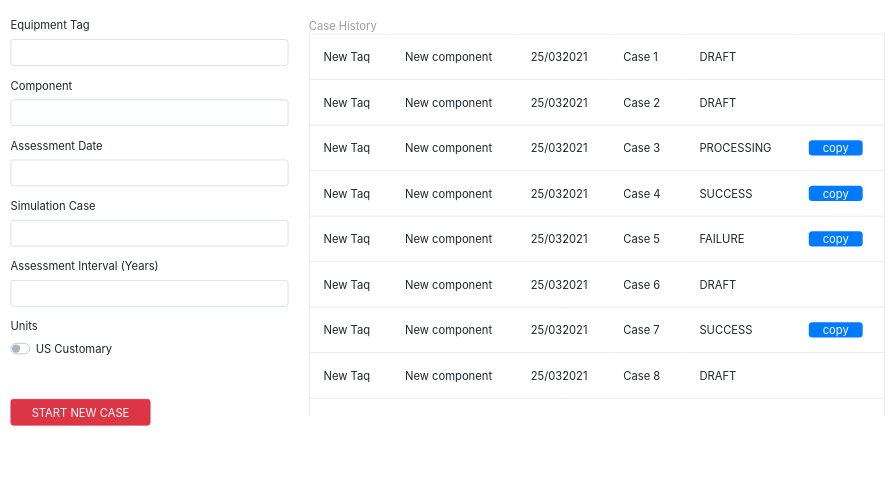
Repository: arif286/dashboard
Page: /
An editor plug-in stored every save of this project. The page is shown before and after the next save, followed by the edit.
The browser window is 1280 px wide. The pictures show the part of the page from y = 0 to 1920 px (the page is 720 px tall before and 5874 px after), at 70% of full size.
An inner scrolling area shows only its first screen. The project was rebuilt for these pictures with package versions that can differ from the ones it lists, and the page was loaded fresh each time. The framework's server and built-in components were replaced by stand-ins that run in the browser. Also part of the build but not shown: nuxt.config.js, components/Nav.vue.

Above is the page before, as saved 2021-06-18 19:44:55.

After the next save:
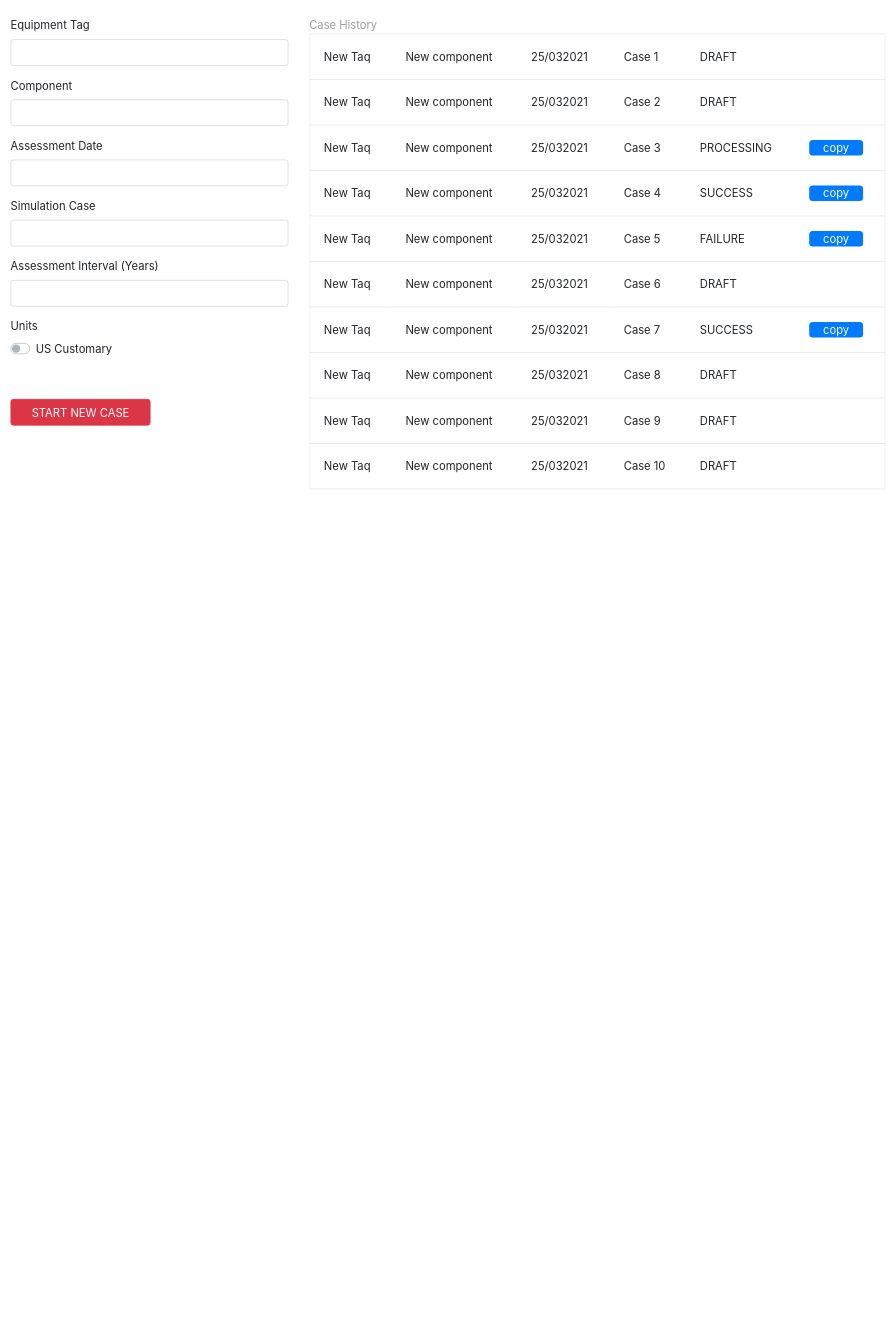
Saved 7 min 6 s later.
--- a/components/Table.vue
+++ b/components/Table.vue
@@ -47,7 +47,7 @@ export default {
   color: #a09b9b;
 }
 .table-contain {
-  height: 570px;
+  height: 5850px;
   overflow-y: scroll;
 }
 .copy-btn{
